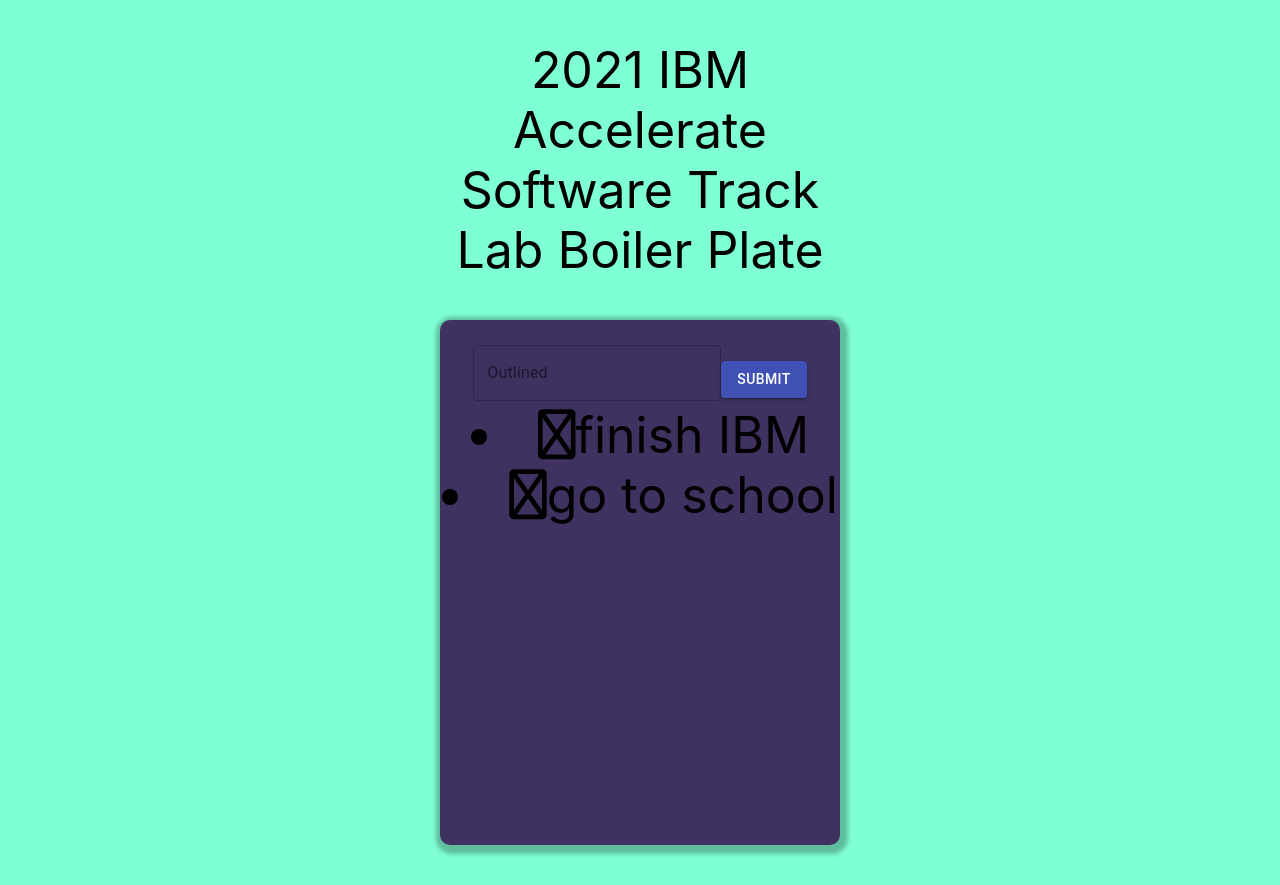
Repository: 2021-IBM-Accelerate-SW-Track/lab-1-team-34
Page: /
An editor plug-in stored every save of this project. The page is shown before and after the next save, followed by the edit.
The browser window is 1280 px wide. The pictures show the whole page.
Some web libraries are served in a nearby version. The project was rebuilt for these pictures with package versions that can differ from the ones it lists, and the page was loaded fresh each time.

Above is the page before, as saved 2021-06-13 16:52:00.

After the next save:
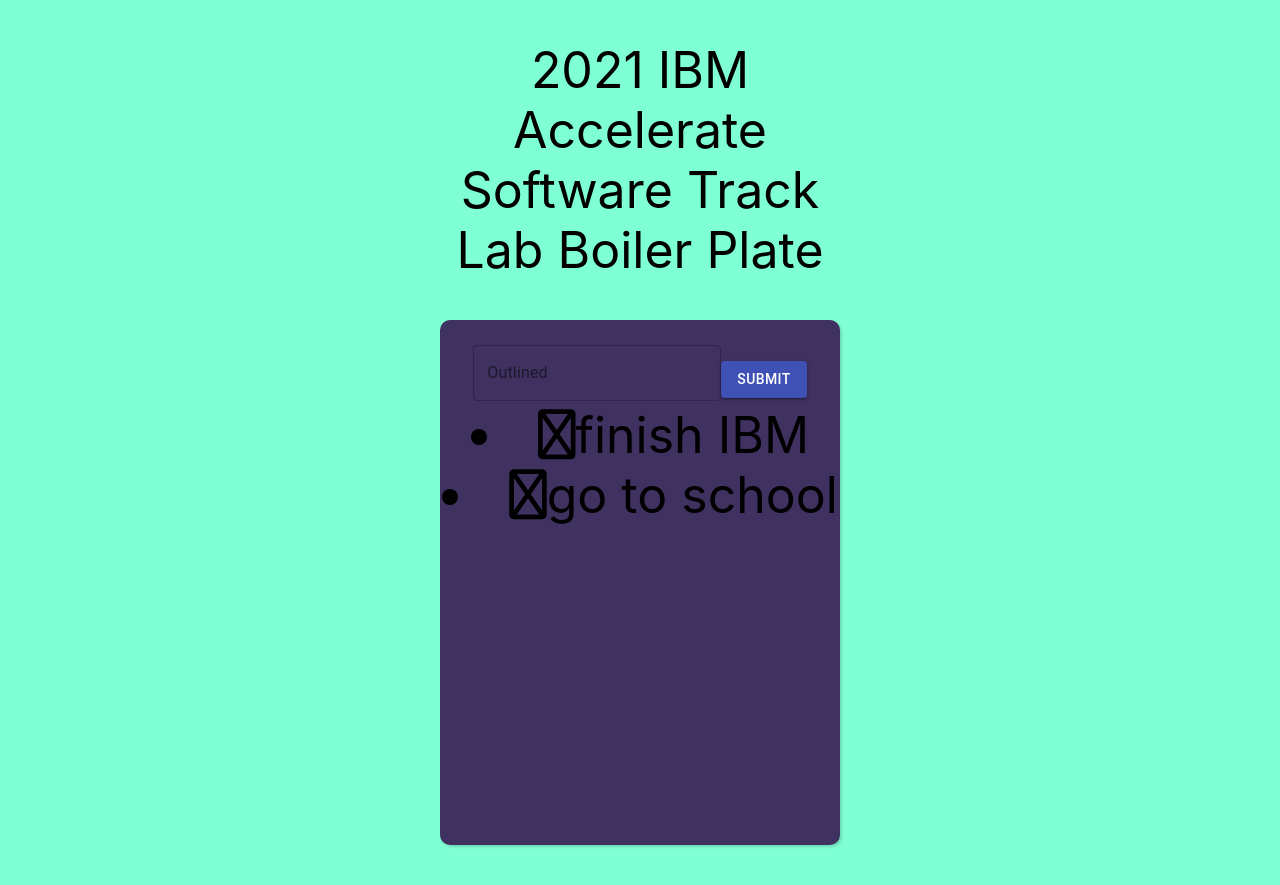
Saved 2 min 43 s later.
--- a/src/component/Input/input.css
+++ b/src/component/Input/input.css
@@ -6,6 +6,7 @@
   padding-top: 25px;
   border-radius: 10px;
   box-shadow: 2px 3px 4px 6px #00000042;
+  box-shadow: rgba(0, 0, 0, 0.15) 1.95px 1.95px 2.6px;
 }
 .inputtext {
   background-color: #ffffff;
